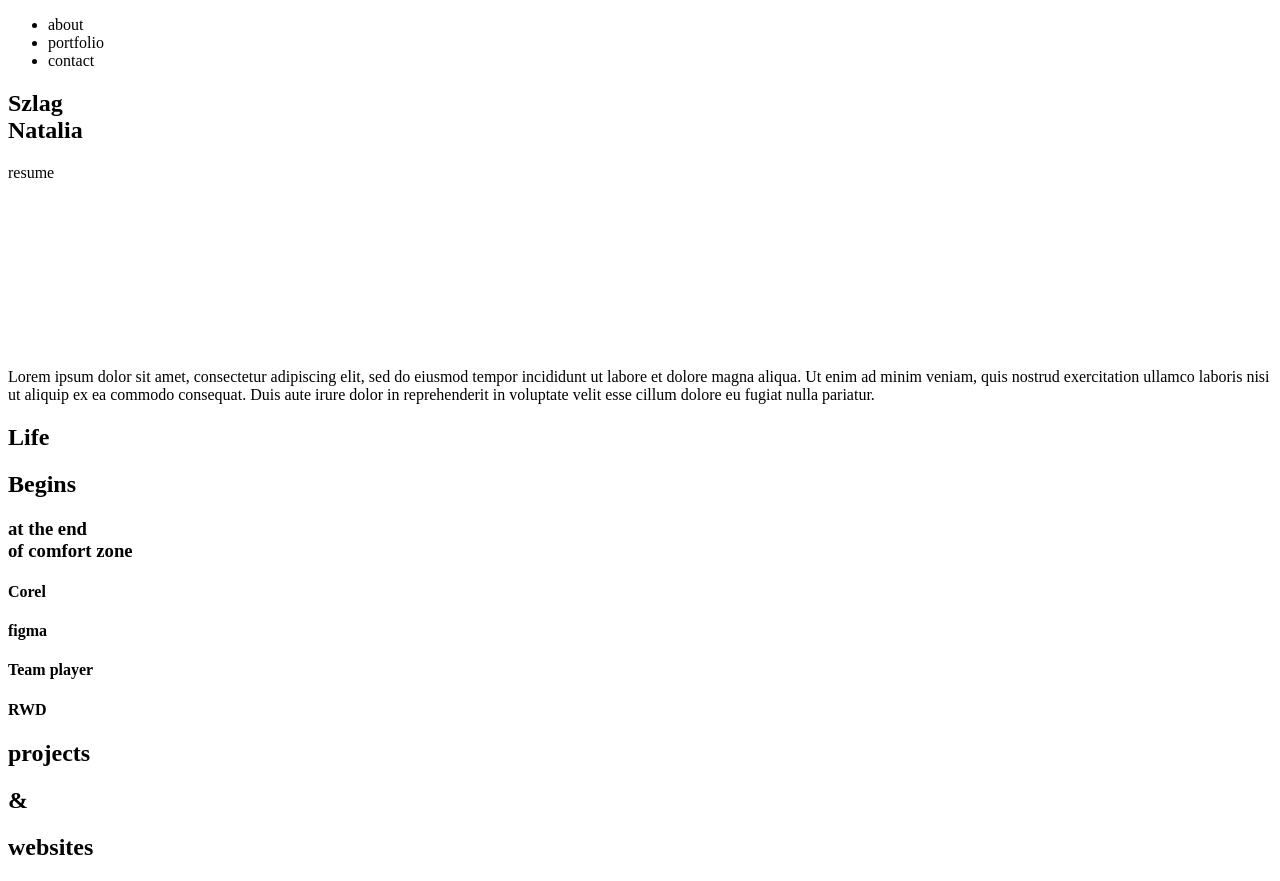
Repository: nataliaszlag/portfolio3
Page: index.html
The author's editor kept a copy of each file at every save. The page is drawn from the files as they stood at one save, then again after a run of saves.
The browser window is 1280 px wide. The pictures show the whole page.
The style sheet was rebuilt from its Sass, Less or Tailwind sources for each picture, by a compiler version that may differ from the author's.

Above is the page before, as saved 2020-09-25 21:21:55.

### index.html
<!DOCTYPE html>
<html lang="en">
<head>
    <meta charset="UTF-8">
    <meta name="viewport" content="width=device-width, initial-scale=1.0">
    <title>Portfolio</title>
    <link rel="stylesheet" href="/css/style.css">
</head>
<body>
    <header class="hero">
        <nav>
            <logo class="logo"></logo>
            <ul class="navbar">
                <li class="nav-list">about</li>
                <li class="nav-list">portfolio</li>
                <li class="nav-list">contact</li>
            </ul>
        </nav>
    </header>
    <main>
        <article class="main-page">
            <h1 class="name">Szlag<br>Natalia</h1>
            <div class="resume">
                <icon class="resume-icon"></icon>
                <p class="resume-p">resume</p>
            </div>
            <div class="arrow">
                <svg>
                </svg>
            </div>
    </article>
        <article class="about">
            <div class="about-flex">
                <p class="about-p">
                    Lorem ipsum dolor sit amet, consectetur adipiscing elit, sed do eiusmod tempor incididunt ut labore et dolore magna aliqua. Ut enim ad minim veniam, quis nostrud exercitation ullamco laboris nisi ut aliquip ex ea commodo consequat. Duis aute irure dolor in reprehenderit in voluptate velit esse cillum dolore eu fugiat nulla pariatur.
                </p>
        </div>
            <div class="about-flex">
                <h2 class="about-primary">Life</h2>
                <h2 class="about-secondary">Begins</h2>
                <h3 class="about-terciary">at the end<br>of comfort zone</h3>
        </div>
            <div class="about-flex">
                <div class="vector"></div>
        </div>
            <div class="about-flex">
                <h4 class="stat">Corel</h4>
                <div class="stat-bar">
                <div class="bar"></div>
                <div class="bar"></div>
                <div class="bar"></div>
                <div class="bar"></div>
                <div class="bar"></div>
            </div>
            <h4 class="stat">figma</h4>
                <div class="stat-bar">
                <div class="bar-1"></div>
                <div class="bar-2"></div>
                <div class="bar-3"></div>
                <div class="bar-4"></div>
                <div class="bar-5"></div>
            </div>
            <h4 class="stat">Team player</h4>
                <div class="stat-bar">
                <div class="bar-1"></div>
                <div class="bar-2"></div>
                <div class="bar-3"></div>
                <div class="bar-4"></div>
                <div class="bar-5"></div>
            </div>
            <h4 class="stat">RWD</h4>
                <div class="stat-bar">
                <div class="bar-1"></div>
                <div class="bar-2"></div>
                <div class="bar-3"></div>
                <div class="bar-4"></div>
                <div class="bar-5"></div>
            </div>
        </div>
    </article>

    <article class="portfolio">
        <h2 class="portfolio-primary">projects<br></h2>
        <h2 class="portfolio-ampersand">&</h2>
        <h2 class="portfolio-secondary">websites</h2>

    </article>
    </main>

</body>
</html>

### scss/style.scss
*{
box-sizing: border-box;
}

.portfolio-ampersand{
    font-size: 24px;
    color: black;


}

After the next 2 saves:
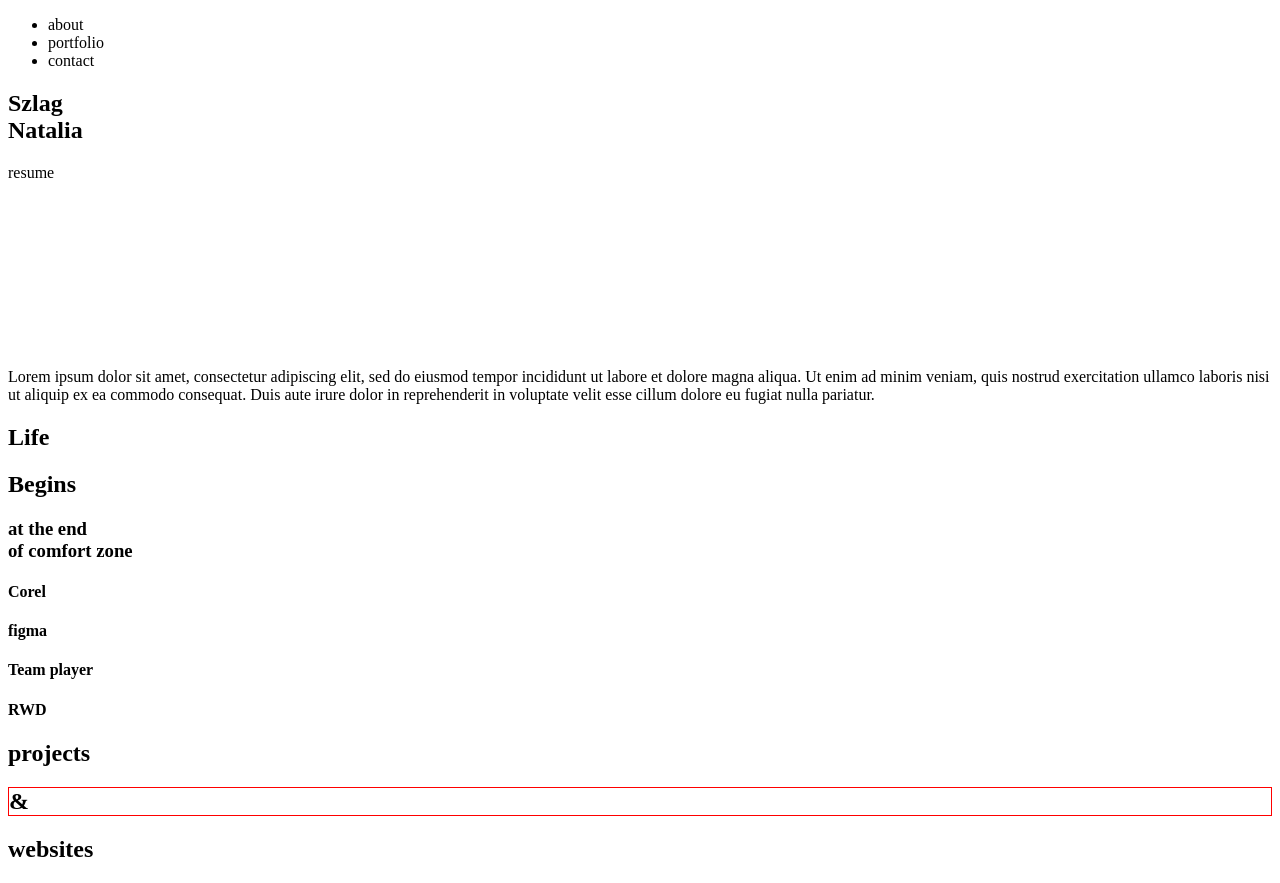
The 2 saves are shown as one change because they came seconds apart.
The last was saved 8 s later.
--- a/scss/style.scss
+++ b/scss/style.scss
@@ -5,6 +5,6 @@ box-sizing: border-box;
 .portfolio-ampersand{
     font-size: 24px;
     color: black;
-
+    border: solid red 1px;
 
 }
